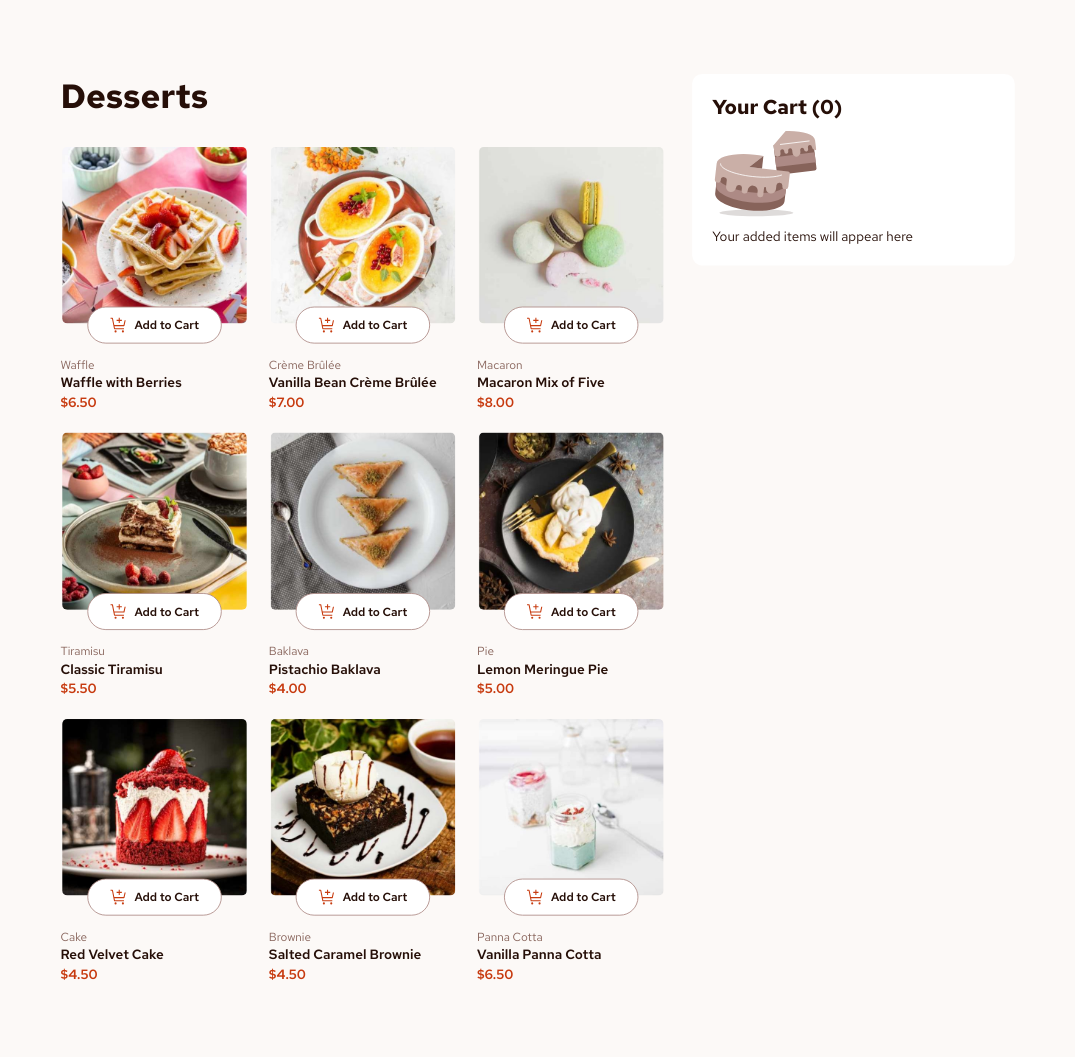
Repository: Daki-builds/product-list-with-cart
Page: /
These files come from the project's save history. The page is drawn as it stood at one moment and after the next save; the edit follows.
The browser window is 1280 px wide. The pictures show the whole page, at 84% of full size.
The project was rebuilt for these pictures with package versions that can differ from the ones it lists, and the page was loaded fresh each time. Also part of the build but not shown: vite.config.js.

Above is the page before, as saved 2026-11-12 09:12:42.

After the next save:
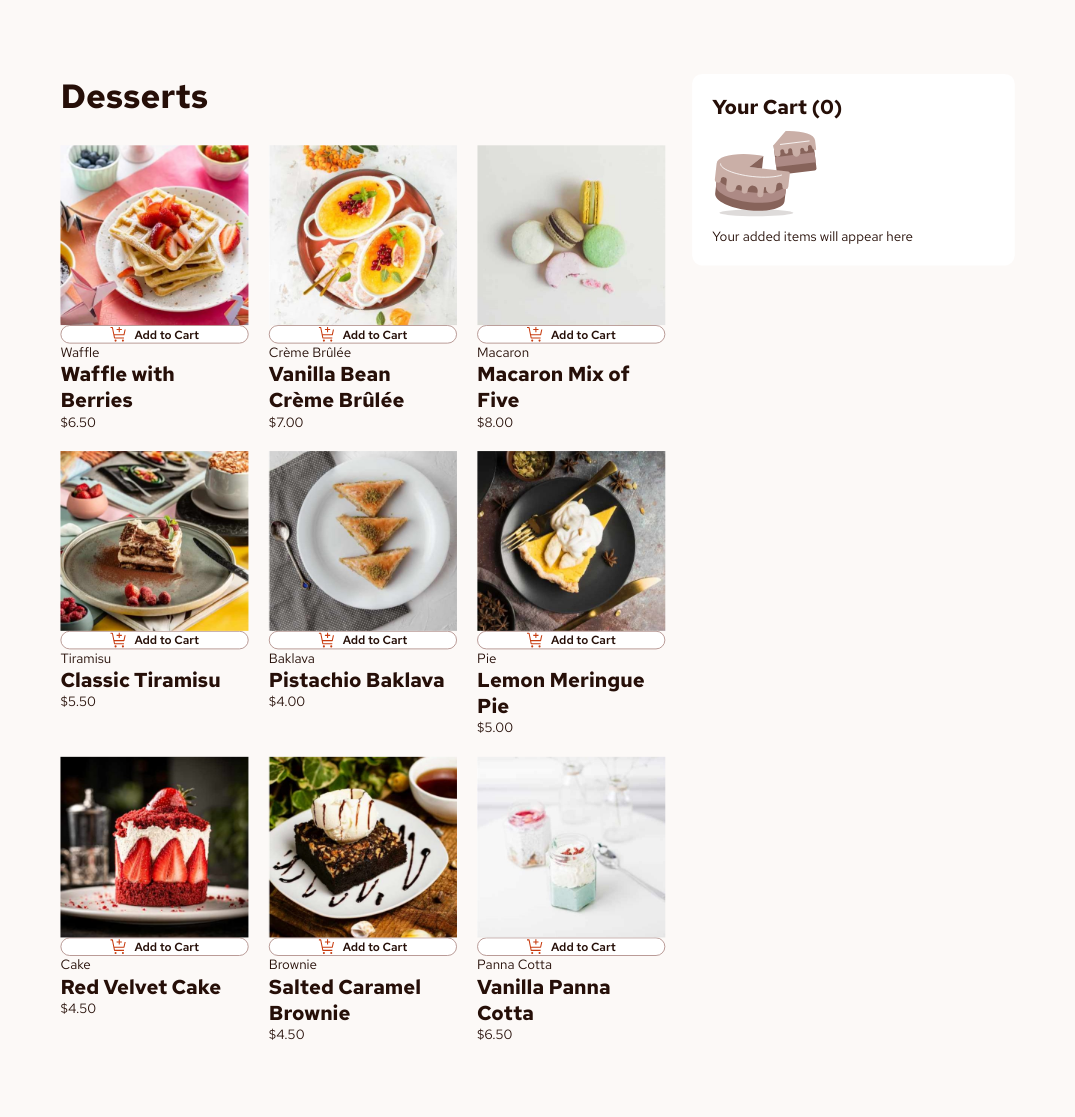
Saved 72 s later.
--- a/src/Components/ProductCard.jsx
+++ b/src/Components/ProductCard.jsx
@@ -13,13 +13,13 @@ export default function ProductCard({
         <source media="(min-width: 1024px)" srcSet={image.desktop} />
         <source media="(min-width: 640px)" srcSet={image.tablet} />
         <img
-          className={`card__img ${qty > 0 ? "card__img--active" : ""}`}
+          className={`card-img ${qty > 0 ? "card-img-active" : ""}`}
           src={image.mobile}
           alt={name}
         />
       </picture>
 
-      <div className="card__action">
+      <div className="card-action">
         {qty === 0 ? (
           <button className="btn-add" onClick={() => onAdd(name)}>
             <img src="/assets/images/icon-add-to-cart.svg" alt="" />
@@ -44,9 +44,9 @@ export default function ProductCard({
         )}
       </div>
 
-      <p className="card__category">{category}</p>
-      <h2 className="card__name">{name}</h2>
-      <p className="card__price">${price.toFixed(2)}</p>
+      <p className="card-category">{category}</p>
+      <h2 className="card-name">{name}</h2>
+      <p className="card-price">${price.toFixed(2)}</p>
     </article>
   );
 }

After the save that followed:
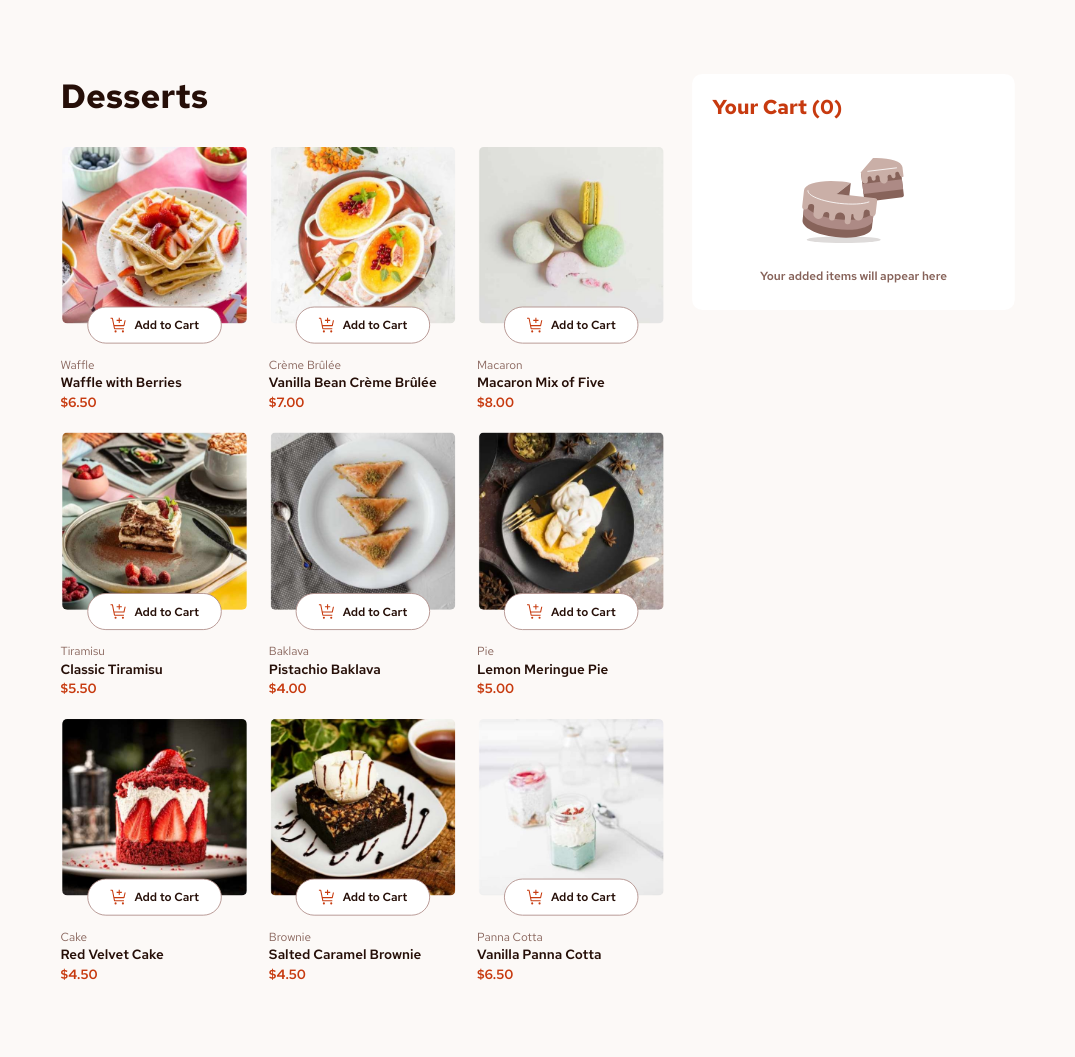
Saved 2 min 7 s later.
--- a/src/App.css
+++ b/src/App.css
@@ -18,16 +18,16 @@ h1 {
   grid-template-columns: 1fr;
 }
 
-.card__img {
+.card-img {
   width: 100%;
   border-radius: 8px;
   border: 2px solid transparent;
 }
-.card__img--active {
+.card-img-active {
   border-color: var(--red);
 }
 
-.card__action {
+.card-action {
   position: relative;
   z-index: 1;
   height: 44px;
@@ -83,44 +83,43 @@ h1 {
   height: auto;
 }
 
-.card__category {
-  color: var(--rose-500);
-  font-size: 0.875rem;
-}
-.card__name {
+.card-category {
+  color: var(--rose-500);
+  font-size: 0.875rem;
+}
+.card-name {
   font-size: 1rem;
   font-weight: 600;
   margin: 2px 0;
 }
-.card__price {
-  color: var(--red);
-  font-weight: 600;
-}
-
-/* ---------- Cart ---------- */
+.card-price {
+  color: var(--red);
+  font-weight: 600;
+}
+
 .cart {
   background: #fff;
   border-radius: 12px;
   padding: 24px;
 }
-.cart__title {
+.cart-title {
   color: var(--red);
   font-size: 1.5rem;
   margin-bottom: 24px;
 }
-.cart__empty {
+.cart-empty {
   text-align: center;
   color: var(--rose-500);
   font-size: 0.875rem;
   font-weight: 600;
   padding: 8px 0;
 }
-.cart__empty img {
+.cart-empty img {
   width: 128px;
   margin: 0 auto 16px;
 }
 
-.cart__item {
+.cart-item {
   display: flex;
   justify-content: space-between;
   align-items: center;
@@ -128,12 +127,12 @@ h1 {
   padding: 16px 0;
   border-bottom: 1px solid var(--rose-100);
 }
-.cart__item-name {
+.cart-item-name {
   font-size: 0.875rem;
   font-weight: 600;
   margin-bottom: 8px;
 }
-.cart__item-meta {
+.cart-item-meta {
   display: flex;
   gap: 8px;
   font-size: 0.875rem;
@@ -168,20 +167,20 @@ h1 {
   height: auto;
 }
 
-.cart__total {
+.cart-total {
   display: flex;
   justify-content: space-between;
   align-items: center;
   margin: 24px 0;
 }
-.cart__total span {
-  font-size: 0.875rem;
-}
-.cart__total strong {
+.cart-total span {
+  font-size: 0.875rem;
+}
+.cart-total strong {
   font-size: 1.5rem;
 }
 
-.cart__neutral {
+.cart-neutral {
   display: flex;
   justify-content: center;
   align-items: center;
@@ -212,7 +211,7 @@ h1 {
   padding: 24px;
   width: 100%;
   max-width: 100%;
-  margin: auto 0 0; /* bottom sheet on mobile */
+  margin: auto 0 0;
   border-radius: 16px 16px 0 0;
 }
 .modal::backdrop {
@@ -223,11 +222,11 @@ h1 {
   line-height: 1.1;
   margin: 24px 0 8px;
 }
-.modal__sub {
+.modal-sub {
   color: var(--rose-500);
   margin-bottom: 32px;
 }
-.modal__summary {
+.modal-summary {
   background: var(--rose-50);
   border-radius: 8px;
   padding: 8px 24px 24px;
@@ -235,24 +234,24 @@ h1 {
   max-height: 45vh;
   overflow: auto;
 }
-.modal__item {
+.modal-item {
   display: flex;
   align-items: center;
   gap: 16px;
   padding: 16px 0;
   border-bottom: 1px solid var(--rose-100);
 }
-.modal__item img {
+.modal-item img {
   width: 48px;
   height: 48px;
   border-radius: 4px;
   flex: none;
 }
-.modal__info {
+.modal-info {
   flex: 1;
   min-width: 0;
 }
-.modal__name {
+.modal-name {
   font-size: 0.875rem;
   font-weight: 600;
   margin-bottom: 8px;
@@ -260,7 +259,7 @@ h1 {
   overflow: hidden;
   text-overflow: ellipsis;
 }
-.modal__line-total {
+.modal-line-total {
   font-weight: 600;
 }
 
